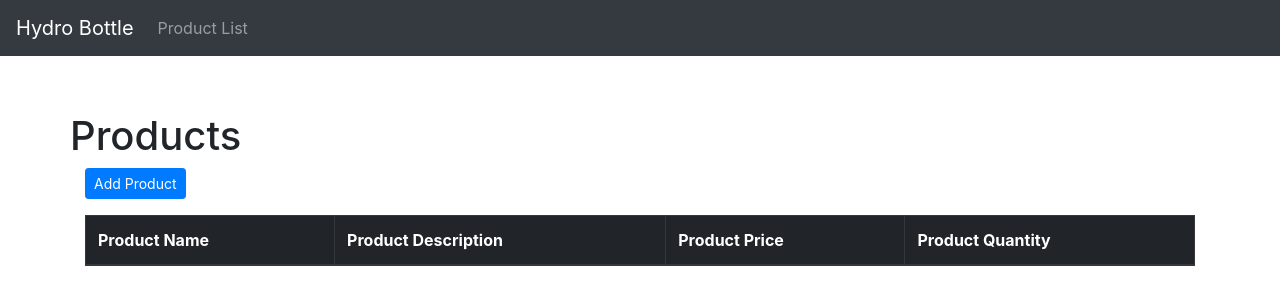
Repository: Junholee369/Junho_Lee_Capstone
Page: http://localhost/products
The author's editor kept a copy of each file at every save. The page is drawn from the files as they stood at one save, then again after the next save.
The browser window is 1280 px wide. The pictures show the whole page.
The page is this project's Thymeleaf template; nobody is signed in. The template is opened directly, without the code that normally fills it, so the values that code supplies are empty.

Above is the page before, as saved 2022-06-19 01:49:53.

### Inventory_Management_Capstone/src/main/resources/templates/products.html
<!DOCTYPE html>
<html lang="en" xmlns:th="http://www.thymeleaf.org">
<head>

<meta charset="ISO-8859-1">
<title>Shop Catalog</title>

<link rel="stylesheet"
	href="https://stackpath.bootstrapcdn.com/bootstrap/4.1.3/css/bootstrap.min.css"
	integrity="sha384-MCw98/SFnGE8fJT3GXwEOngsV7Zt27NXFoaoApmYm81iuXoPkFOJwJ8ERdknLPMO"
	crossorigin="anonymous">

</head>
<body>
	<nav class="navbar navbar-expand-md bg-dark navbar-dark">
		<!-- Brand -->
		<a class="navbar-brand" href="#">Hydro Bottle</a>

		<!-- Toggler/collapsible Button -->
		<button class="navbar-toggler" type="button" data-toggle="collapse"
			data-target="#collapsibleNavbar">
			<span class="navbar-toggler-icon"></span>
		</button>

		<!-- Navbar links -->
		<div class="collapse navbar-collapse" id="collapsibleNavbar">
			<ul class="navbar-nav">
				<li class="nav-item"><a class="nav-link" th:href="@{/products}">Product List</a></li>
			</ul>
		</div>
	</nav>
	<br>
	<br>

	<div class="container my-2">
		<div class="row">
			<h1>Products</h1>
		</div>
		<div>
			<a th:href="@{/products/new}" class="btn btn-primary btn-sm mb-3">Add
				Product</a>
		</div>
		<table border="1" class="table table-striped table-responsive-md">
			<thead class="thead-dark">
				<tr>
					<th>Product Name</th>
					<th>Product Description</th>
					<th>Product Price</th>
					<th>Product Quantity</th>

				</tr>
			</thead>

			<tbody>
				<tr th:each="product : ${listProducts}">
					<td th:text="${product.product_Name}"></td>
					<td th:text="${product.product_Description}"></td>
					<td th:text="${product.product_Price}"></td>
					<td th:text="${product.product_Quantity}"></td>
					<td>
						<a th:href= "@{/products/edit/{id}(id=${product.product_Id})}"
						class = "btn btn-primary"></a>
					</td>

				</tr>
			</tbody>
		</table>
	</div>
</body>

</html>

After the next save:
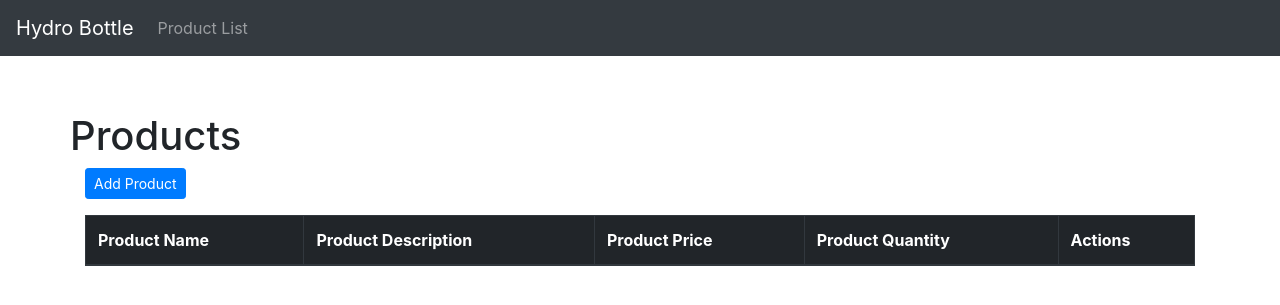
Saved 53 s later.
--- a/Inventory_Management_Capstone/src/main/resources/templates/products.html
+++ b/Inventory_Management_Capstone/src/main/resources/templates/products.html
@@ -47,6 +47,7 @@
 					<th>Product Description</th>
 					<th>Product Price</th>
 					<th>Product Quantity</th>
+					<th>Actions</th>
 
 				</tr>
 			</thead>
